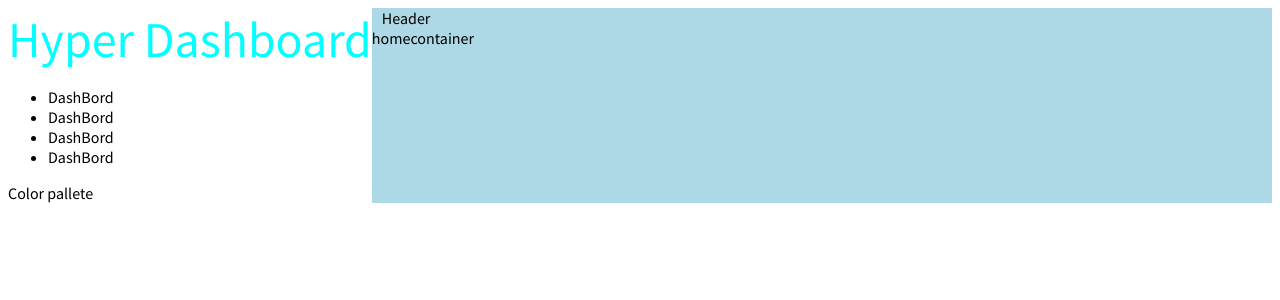
Repository: kenyi-mic/DashBoard
Page: /
The author's editor kept a copy of each file at every save. The page is drawn from the files as they stood at one save, then again after the next save.
The browser window is 1280 px wide. The pictures show the whole page.
The project was rebuilt for these pictures with package versions that can differ from the ones it lists, and the page was loaded fresh each time.

Above is the page before, as saved 2022-05-16 20:44:49.

After the next save:
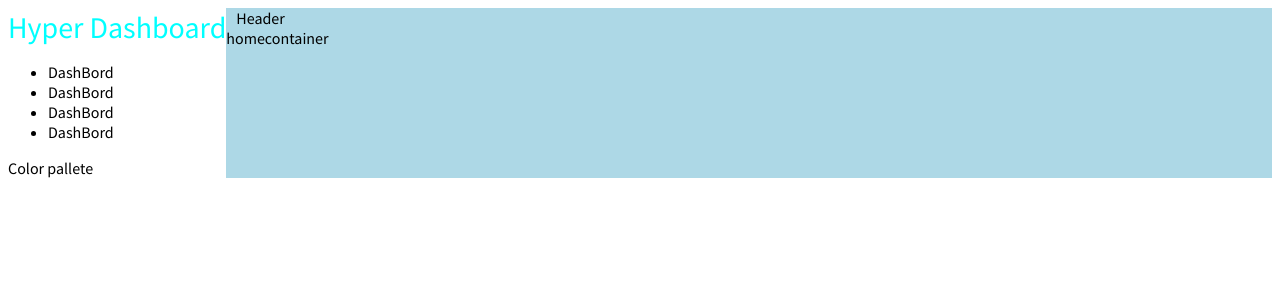
Saved 19 s later.
--- a/src/components/sidebar/sidebar.scss
+++ b/src/components/sidebar/sidebar.scss
@@ -5,8 +5,8 @@
         justify-content:center;
         .logo{
             color:cyan;
-            font-size: 50px;
-            spacing: 5%;
+            font-size: 30px;
+        ;
         }
     }
 }
